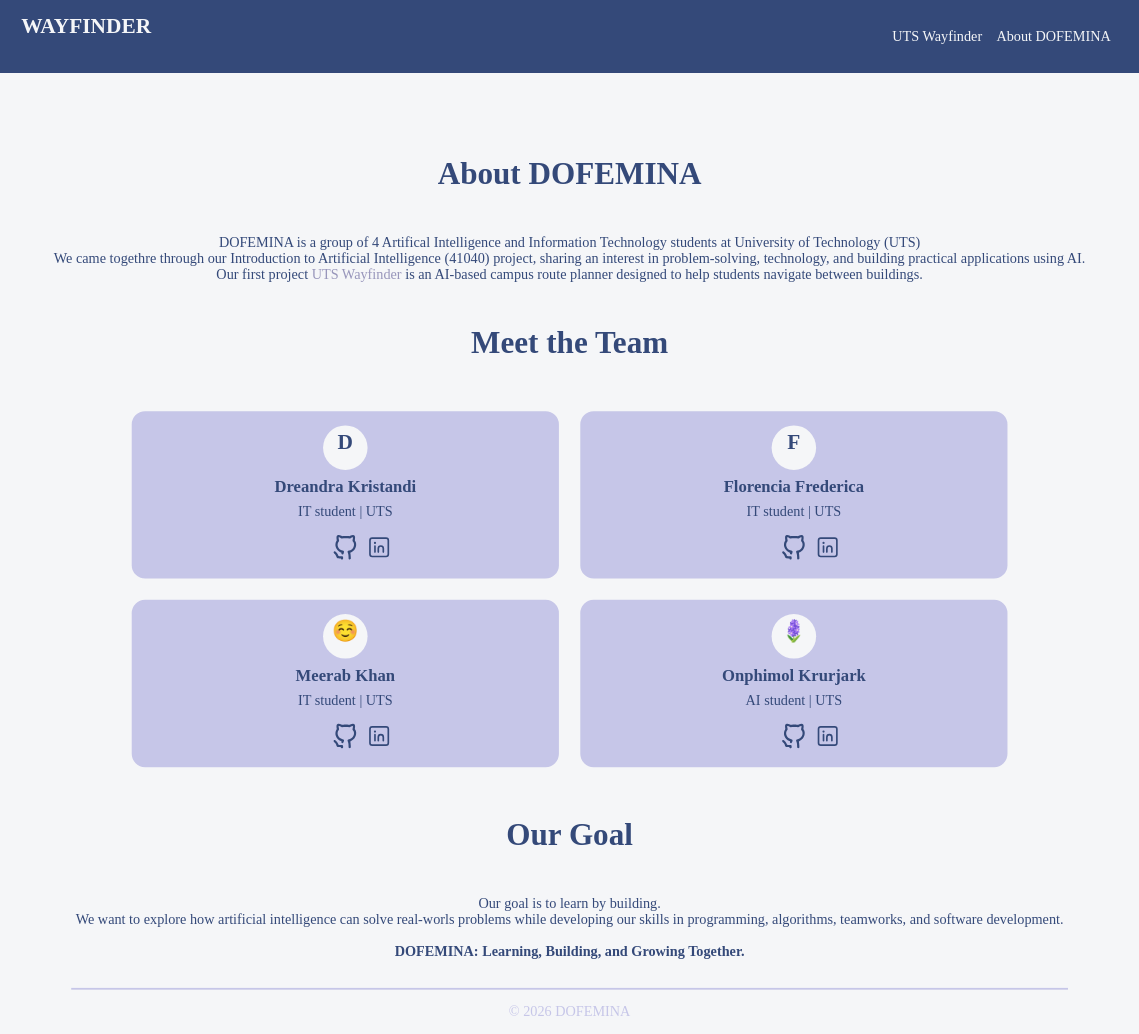
Repository: Meerab-K/uts-wayfinder
Page: html/about.html
An editor plug-in stored every save of this project. The page is shown before and after the next save, followed by the edit.
The browser window is 1280 px wide. The pictures show the whole page, at 89% of full size.
Some web fonts or font styles are not loaded; a fallback is used.

Above is the page before, as saved 2026-10-19 21:36:38.

### html/about.html
<!DOCTYPE html>
<html lang="en">
<head>
    <meta charset="UTF-8">
    <meta name="viewport" content="width=device-width, initial-scale=1.0">
    <title>About DOFEMINA - UTS Wayfinder</title>

    <link rel="stylesheet" href="../css/common.css">
    <link rel="stylesheet" href="../css/about.css">
    <link rel="stylesheet" href="../css/responsive.css">

    <!-- Google Fonts -->
    <link rel="preconnect" href="https://fonts.googleapis.com">
    <link rel="preconnect" href="https://fonts.gstatic.com" crossorigin>
    <link href="https://fonts.googleapis.com/css2?family=Maname&display=swap" rel="stylesheet">

</head>
<body>
    <header>
        <nav class="navbar">
            <h1>WAYFINDER</h1>
            <ul>
                <li><a href="index.html">UTS Wayfinder</a></li>
                <li><a href="about.html">About DOFEMINA</a></li>
            </ul>
        </nav>
    </header>

    <main>
        <h2>About DOFEMINA</h2>
        <div class="content-box">
            <p>DOFEMINA is a group of 4 Artifical Intelligence and Information Technology students at University of Technology (UTS)</p>
            <p>We came togethre through our Introduction to Artificial Intelligence (41040) project, sharing an interest in problem-solving, technology, and building practical applications using AI.</p>
            <p>Our first project <span class="highlight">UTS Wayfinder</span> is an AI-based campus route planner designed to help students navigate between buildings.</p>
        </div>

        <h2>Meet the Team</h2>
        <div class="team-contact">
            <div class="card-holder">
                <div class="profile"><span>D</span></div>
                <h3 class="name">Dreandra Kristandi</h3>
                <div class="bio">IT student | UTS</div>
                <div class="contact-link">
                    <a href=""><span class="github-icon"></span></a>
                    <a href=""><span class="linkedin-icon"></span></a>
                </div>
            </div>
            <div class="card-holder">
                <div class="profile"><span>F</span></div>
                <h3 class="name">Florencia Frederica</h3>
                <div class="bio">IT student | UTS</div>
                <div class="contact-link">
                    <a href=""><span class="github-icon"></span></a>
                    <a href=""><span class="linkedin-icon"></span></a>
                </div>
            </div>
            <div class="card-holder">
                <div class="profile"><span>☺️</span></div>
                <h3 class="name">Meerab Khan</h3>
                <div class="bio">IT student | UTS</div>
                <div class="contact-link">
                    <a href=""><span class="github-icon"></span></a>
                    <a href=""><span class="linkedin-icon"></span></a>
                </div>
            </div>
            <div class="card-holder">
                <div class="profile"><span>🪻</span></div>
                <h3 class="name">Onphimol Krurjark</h3>
                <div class="bio">AI student | UTS</div>
                <div class="contact-link">
                    <a href=""><span class="github-icon"></span></a>
                    <a href=""><span class="linkedin-icon"></span></a>
                </div>
            </div>
        </div>

        <h2>Our Goal</h2>
        <div class="content-box">
            <p>Our goal is to learn by building.</p>
            <p>We want to explore how artificial intelligence can solve real-worls problems while developing our skills in programming, algorithms, teamworks, and software development.</p>
            <p><br><b>DOFEMINA: Learning, Building, and Growing Together.</b></p>
        </div>

    </main>

    <footer>
        <p>&copy; 2026 DOFEMINA </p>
    </footer>
</body>
</html>

### css/common.css
:root {
    /*Background*/
    --background-color: #f5f6f8;
    --primary-color: #344979;
    --secondary-color: #9896BB;

    /*Highlight*/
    --highlight-purple: #c6c6e8;
    --highlight-pink: #f7e5eb;

    /*Font*/
    --font: "Maname", serif;
}

* {
    margin: 0;
    padding: 0;
    font-family: var(--font);
}

body {
    background-color: var(--background-color);
    color: var(--primary-color);
    margin: 0;
    padding: 0;
}

main {
    margin-top: 2rem;
}

footer {
    text-align: center;
    margin: 0 5rem;
    padding: 1rem;
    border-top: 2px solid var(--highlight-purple);
    color: var(--highlight-purple);
}

h2 {
    color: var(--primary-color);
    padding: 1rem;
    font-size: 35px;
}

.navbar {
    background-color: var(--primary-color);
    padding: 1rem;
    margin: 0;
    position: fixed;
    top: 0;
    z-index: 100;
    width: 100%;
    display: flex;
    justify-content: space-between;
    box-sizing: border-box;
}

.navbar h1 {
    color: var(--background-color);
    padding: 0 0 0 0.5rem;
}

.navbar ul {
    list-style-type: none;
    display: flex;
    gap: 1rem;
    margin: 1rem;
}

.navbar a {
    text-decoration: none;
    color: var(--background-color);
}

.navbar a:hover {
    color: var(--highlight-purple);
}

.floating-menu-btn {
    position: fixed;
    bottom: 1rem;
    right: 1rem;
    width: 50px;
    height: 50px;
    background-color: var(--primary-color);
    border-radius: 50%;
    display: flex;
    justify-content: center;
    align-items: center;
    cursor: pointer;
    z-index: 1000;
}

.floating-menu-btn span{
    background-color: var(--background-color);
    width: 30px;
    height: 3px;
}

main {
    margin-top: 10rem;
}

### css/about.css
.highlight {
    color: var(--secondary-color);
}

h2 {
    text-align: center;
}

.content-box {
    padding: 2rem;
    text-align: center;
}

.team-contact {
    display: grid;
    grid-template-columns: repeat(2, 30rem);
    justify-content: center;
    gap: 24px;
    margin: 40px auto;
}

.card-holder {
    background-color: var(--highlight-purple);
    border-radius: 15px;
    padding: 1rem;
    width: 100%;
    box-sizing: border-box;

    display: flex;
    flex-direction: column;
    align-items: center;
    justify-content: center;
    text-align: center;
    gap: 8px;
}

.profile {
    display: flex;
    align-items: center;
    justify-content: center;

    height: 50px;
    width: 50px;
    border-radius: 50%;
    background-color: var(--background-color);

    font-size: 1.5rem;
    font-weight: bold;
    line-height: 1;
    padding: 0;
    box-sizing: border-box;
}

.profile span {
    display: block;
    transform: translate(0, -6px);
    color: var(--primary-color)
}

.contact-link {
    display: inline-flex;
    gap: 0.5rem;
    margin-top: 0.5rem;
    width: 30px;
    height: auto;
}

.github-icon {
    display: inline-block;
    width: 30px;
    height: 30px;

    background-color: var(--primary-color);
    mask: url("../svg/github.svg") center / contain no-repeat;
}

.github-icon:hover {
    background-color: var(--highlight-pink);
}

.linkedin-icon {
    display: inline-block;
    width: 30px;
    height: 30px;

    background-color: var(--primary-color);
    mask: url("../svg/linkedin.svg") center / contain no-repeat;
}

.linkedin-icon:hover {
    background-color: var(--highlight-pink);
}

### css/responsive.css
@media (max-width: 1000px) {
    /*index.html*/
    #map_section {
        display: block;
    }

    #map_section img {
        width: 100%;
        margin: 0;
    }

    #map_section div h2 {
        text-align: center;
    }

    #map_section div table {
        width: 100%;
    }
}

@media (max-width: 800px) {
    main {
        margin-top: 10rem;
    }

    .navbar {
        text-align: center;
        display: block;
    }

    .navbar ul {
        justify-content: center;
        margin-top: 1.5rem;
        padding: 0.5rem;
        border-top: 1px solid var(--secondary-color);
    }

    /*index.html*/
    form select {
        width: 60%;
    }

    /*about.html*/
    .team-contact {
        display: grid;
        grid-template-columns: repeat(1, 400px);
    }
}

### svg/github.svg
<?xml version="1.0" encoding="utf-8"?><!-- Uploaded to: SVG Repo, www.svgrepo.com, Generator: SVG Repo
Mixer Tools -->
<svg width="800px" height="800px" viewBox="0 0 24 24" fill="none" xmlns="http://www.w3.org/2000/svg">
    <path
        d="M4.0744 2.9938C4.13263 1.96371 4.37869 1.51577 5.08432 1.15606C5.84357 0.768899 7.04106 0.949072 8.45014 1.66261C9.05706 1.97009 9.11886 1.97635 10.1825 1.83998C11.5963 1.65865 13.4164 1.65929 14.7213 1.84164C15.7081 1.97954 15.7729 1.97265 16.3813 1.66453C18.3814 0.651679 19.9605 0.71795 20.5323 1.8387C20.8177 2.39812 20.8707 3.84971 20.6494 5.04695C20.5267 5.71069 20.5397 5.79356 20.8353 6.22912C22.915 9.29385 21.4165 14.2616 17.8528 16.1155C17.5801 16.2574 17.3503 16.3452 17.163 16.4167C16.5879 16.6363 16.4133 16.703 16.6247 17.7138C16.7265 18.2 16.8491 19.4088 16.8973 20.4002C16.9844 22.1922 16.9831 22.2047 16.6688 22.5703C16.241 23.0676 15.6244 23.076 15.2066 22.5902C14.9341 22.2734 14.9075 22.1238 14.9075 20.9015C14.9075 19.0952 14.7095 17.8946 14.2417 16.8658C13.6854 15.6415 14.0978 15.185 15.37 14.9114C17.1383 14.531 18.5194 13.4397 19.2892 11.8146C20.0211 10.2698 20.1314 8.13501 18.8082 6.83668C18.4319 6.3895 18.4057 5.98446 18.6744 4.76309C18.7748 4.3066 18.859 3.71768 18.8615 3.45425C18.8653 3.03823 18.8274 2.97541 18.5719 2.97541C18.4102 2.97541 17.7924 3.21062 17.1992 3.49805L16.2524 3.95695C16.1663 3.99866 16.07 4.0147 15.975 4.0038C13.5675 3.72746 11.2799 3.72319 8.86062 4.00488C8.76526 4.01598 8.66853 3.99994 8.58215 3.95802L7.63585 3.49882C7.04259 3.21087 6.42482 2.97541 6.26317 2.97541C5.88941 2.97541 5.88379 3.25135 6.22447 4.89078C6.43258 5.89203 6.57262 6.11513 5.97101 6.91572C5.06925 8.11576 4.844 9.60592 5.32757 11.1716C5.93704 13.1446 7.4295 14.4775 9.52773 14.9222C10.7926 15.1903 11.1232 15.5401 10.6402 16.9905C10.26 18.1319 10.0196 18.4261 9.46707 18.4261C8.72365 18.4261 8.25796 17.7821 8.51424 17.1082C8.62712 16.8112 8.59354 16.7795 7.89711 16.5255C5.77117 15.7504 4.14514 14.0131 3.40172 11.7223C2.82711 9.95184 3.07994 7.64739 4.00175 6.25453C4.31561 5.78028 4.32047 5.74006 4.174 4.83217C4.09113 4.31822 4.04631 3.49103 4.0744 2.9938Z"
        fill="currentColor" />
    <path
        d="M3.33203 15.9454C3.02568 15.4859 2.40481 15.3617 1.94528 15.6681C1.48576 15.9744 1.36158 16.5953 1.66793 17.0548C1.8941 17.3941 2.16467 17.6728 2.39444 17.9025C2.4368 17.9449 2.47796 17.9858 2.51815 18.0257C2.71062 18.2169 2.88056 18.3857 3.05124 18.5861C3.42875 19.0292 3.80536 19.626 4.0194 20.6962C4.11474 21.1729 4.45739 21.4297 4.64725 21.5419C4.85315 21.6635 5.07812 21.7352 5.26325 21.7819C5.64196 21.8774 6.10169 21.927 6.53799 21.9559C7.01695 21.9877 7.53592 21.998 7.99999 22.0008C8.00033 22.5527 8.44791 23.0001 8.99998 23.0001C9.55227 23.0001 9.99998 22.5524 9.99998 22.0001V21.0001C9.99998 20.4478 9.55227 20.0001 8.99998 20.0001C8.90571 20.0001 8.80372 20.0004 8.69569 20.0008C8.10883 20.0026 7.34388 20.0049 6.67018 19.9603C6.34531 19.9388 6.07825 19.9083 5.88241 19.871C5.58083 18.6871 5.09362 17.8994 4.57373 17.2891C4.34391 17.0194 4.10593 16.7834 3.91236 16.5914C3.87612 16.5555 3.84144 16.5211 3.80865 16.4883C3.5853 16.265 3.4392 16.1062 3.33203 15.9454Z"
        fill="currentColor" />
</svg>

### svg/linkedin.svg
<?xml version="1.0" encoding="utf-8"?><!-- Uploaded to: SVG Repo, www.svgrepo.com, Generator: SVG Repo
Mixer Tools -->
<svg width="800px" height="800px" viewBox="0 0 192 192" xmlns="http://www.w3.org/2000/svg"
    fill="none">
    <rect width="132" height="132" x="30" y="30" stroke="currentColor" stroke-width="12" rx="16" />
    <path stroke="currentColor" stroke-linecap="round" stroke-linejoin="round" stroke-width="12"
        d="M66 86v44" />
    <circle cx="66" cy="64" r="8" fill="currentColor" />
    <path stroke="currentColor" stroke-linecap="round" stroke-width="12"
        d="M126 130v-26c0-9.941-8.059-18-18-18v0c-9.941 0-18 8.059-18 18v26" />
</svg>

After the next save:
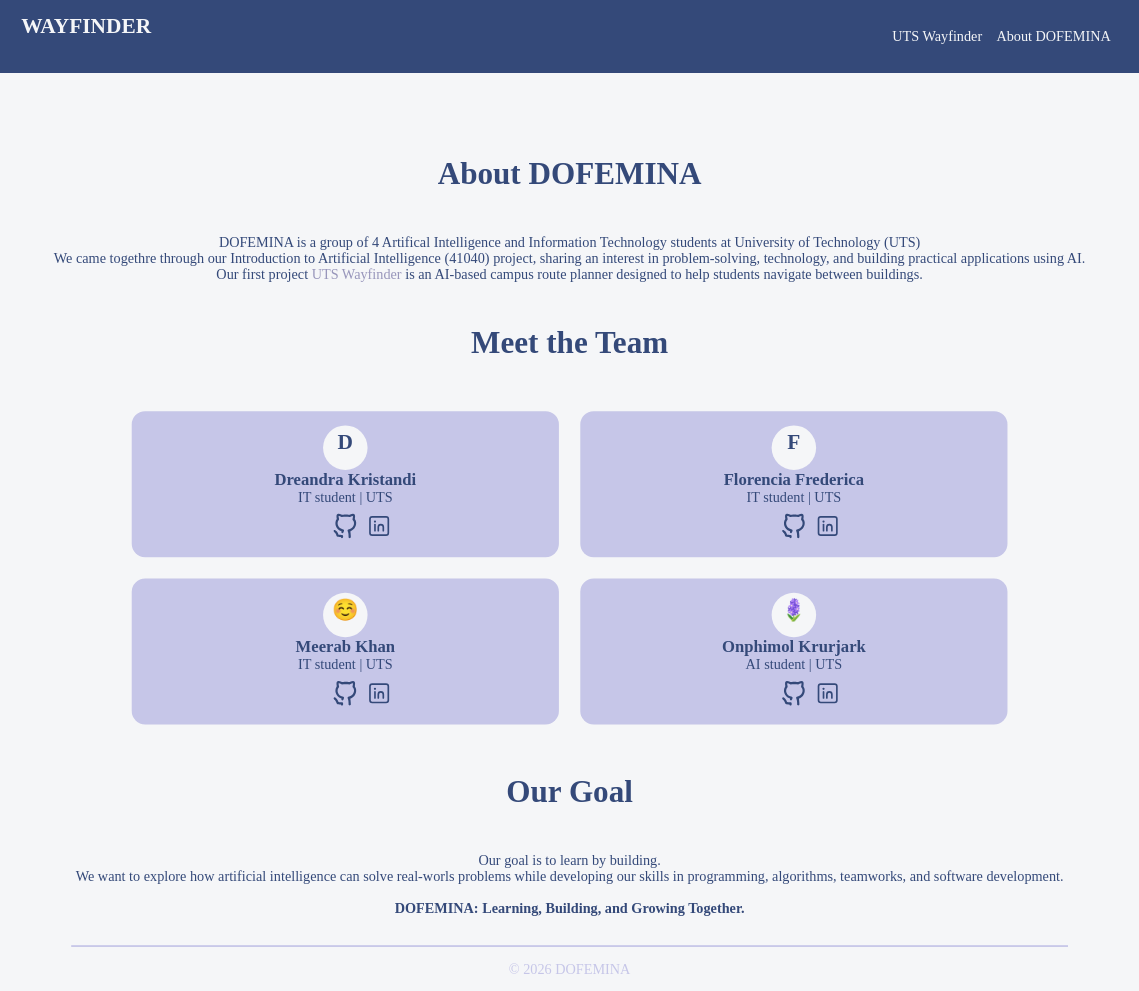
Saved 20 s later.
--- a/css/about.css
+++ b/css/about.css
@@ -31,7 +31,6 @@
     align-items: center;
     justify-content: center;
     text-align: center;
-    gap: 8px;
 }
 
 .profile {

After the save that followed:
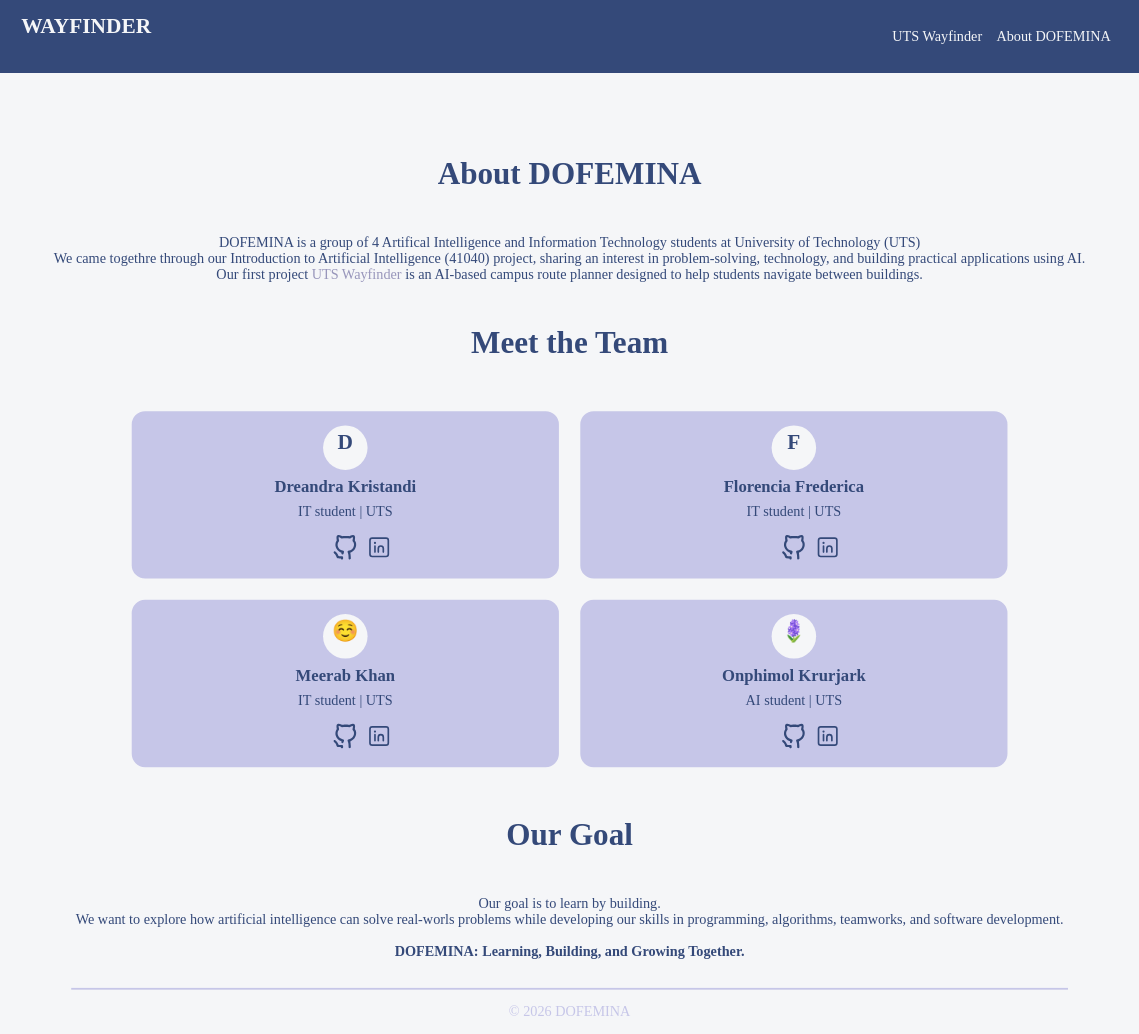
Saved 8 s later.
--- a/css/about.css
+++ b/css/about.css
@@ -31,6 +31,7 @@
     align-items: center;
     justify-content: center;
     text-align: center;
+    gap: 8px;
 }
 
 .profile {
